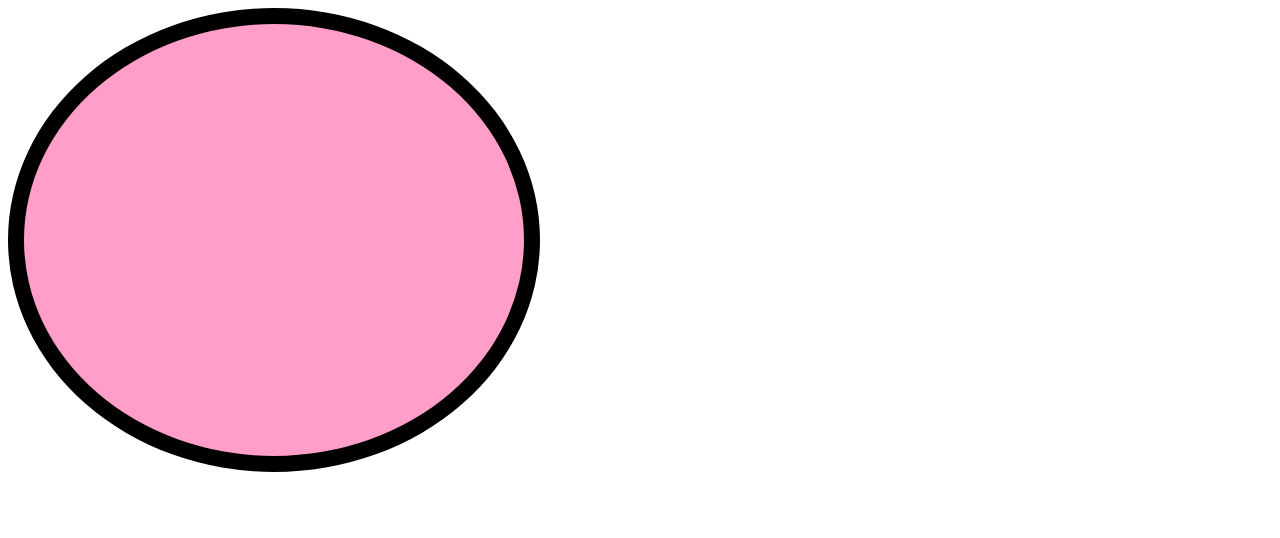
Repository: wwhite11/Kirby
Page: kirby.html
These files come from the project's save history. The page is drawn as it stood at one moment and after the next save; the edit follows.
The browser window is 1280 px wide. The pictures show the whole page.

Above is the page before, as saved 2022-06-13 10:06:40.

### kirby.html
<!DOCTYPE html>
<html lang="en">
<head>
    <meta charset="UTF-8">
    <meta http-equiv="X-UA-Compatible" content="IE=edge">
    <meta name="viewport" content="width=device-width, initial-scale=1.0">
    <link rel="stylesheet" href="kirby.css">
    <title>I am Kirby</title>
</head>
<body>

    <div class="kirby">
        <div class="arm arm-left"></div>
        <div class="arm arm-right"></div>
        <div class="foot foot-left"></div>
        <div class="foot foot-right"></div>
        <div class="mouth"></div>
        <div class="eye eye-left">
            <div class="inner"></div>
        </div>
        <div class="eye eye-right">
            <div class="inner"></div>
        </div>

    </div>

</body>
</html>

### kirby.css
/* Defined colors that will be needed for Kirby */
:root {
    --pink: #ff9ec8;
    --deep-pink: #f20079;
    --shadow: #cb91b2;
    --cheek: #e5649c;
}

/* The body part of Kirby, a big round blob */

.kirby{
    width: 500px;
    height: 432px;
    background: var(--pink);
    position: absolute;
    border-radius: 50%;
    border: 1rem solid black;
}

After the next save:
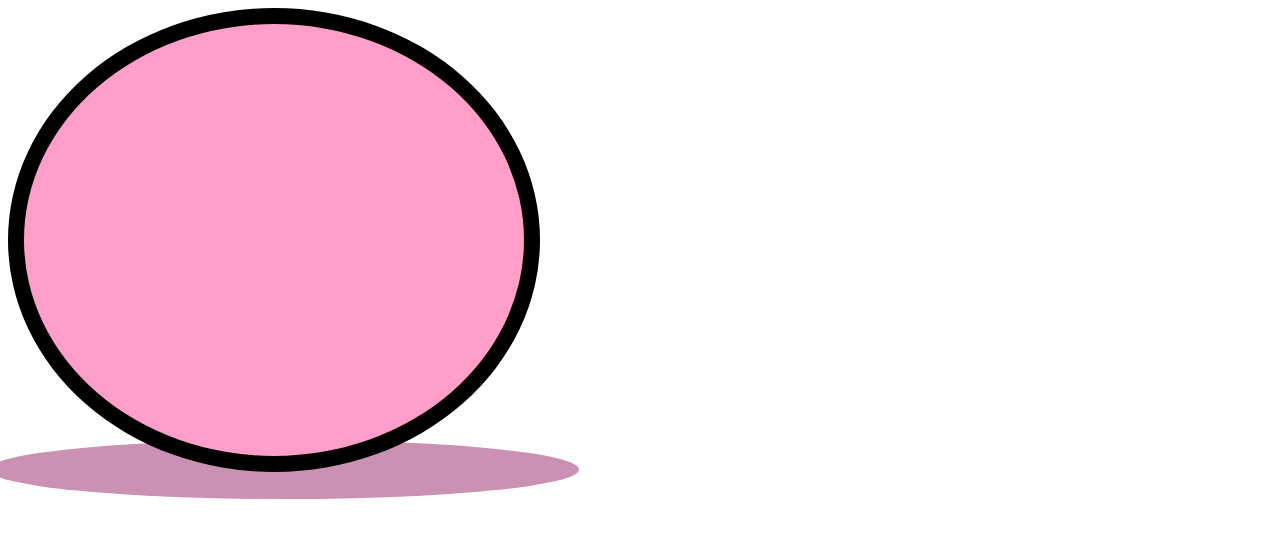
Saved 3 min 37 s later.
--- a/kirby.css
+++ b/kirby.css
@@ -16,3 +16,15 @@
     border-radius: 50%;
     border: 1rem solid black;
 }
+
+.kirby::before{
+    content: '';
+    width: 118%;
+    height: 13.8%;
+    background: var(--shadow);
+    position: absolute;
+    bottom: -10%;
+    border-radius: 50%;
+    z-index: -2;
+    left: -7%;
+}
